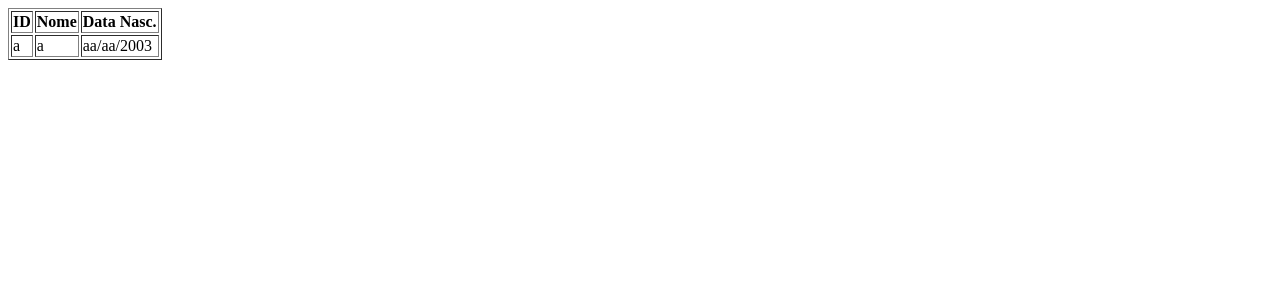
Repository: Frm2003/Laboratorio-de-Banco-de-Dados
Page: ExemploHTML/src/main/webapp/index.html
An editor plug-in stored every save of this project. The page is shown before and after the next save, followed by the edit.
The browser window is 1280 px wide. The pictures show the whole page.

Above is the page before, as saved 2023-08-08 12:41:27.

After the next save:
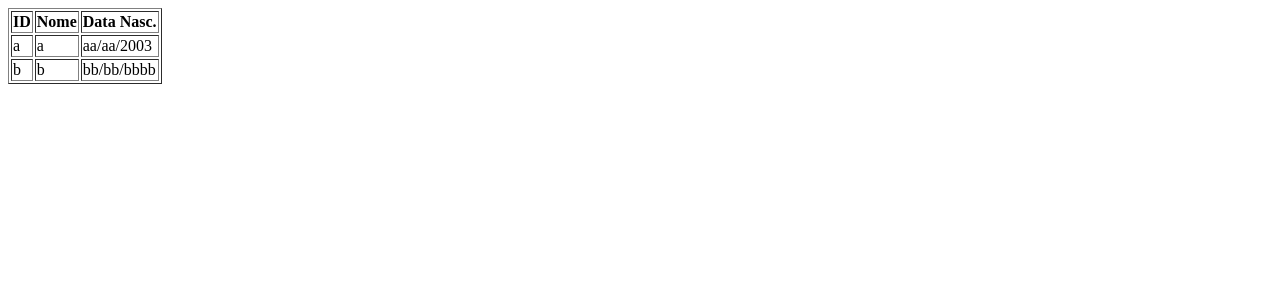
Saved 16 s later.
--- a/ExemploHTML/src/main/webapp/index.html
+++ b/ExemploHTML/src/main/webapp/index.html
@@ -22,6 +22,11 @@
 					<td>a</td>
 					<td>aa/aa/2003</td>
 				</tr>
+				<tr>
+					<td>b</td>
+					<td>b</td>
+					<td>bb/bb/bbbb</td>
+				</tr>
 			</tbody>
 		</table>
 	</div>
